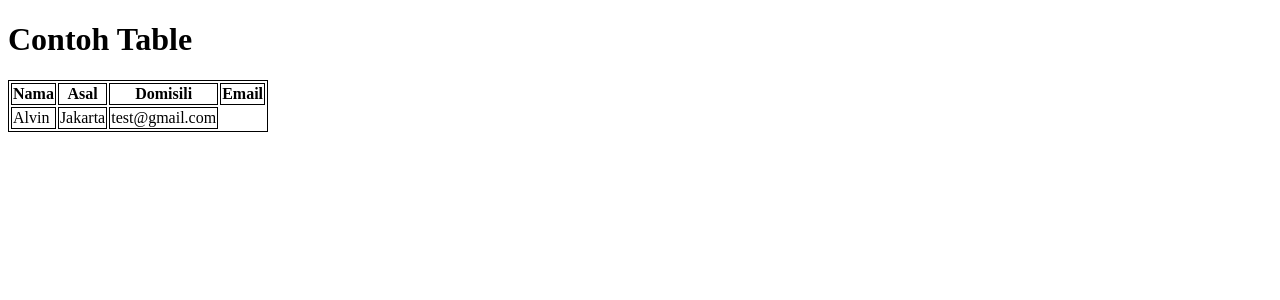
Repository: esramrsln/day2_RevoU
Page: table.html
The author's editor kept a copy of each file at every save. The page is drawn from the files as they stood at one save, then again after the next save.
The browser window is 1280 px wide. The pictures show the whole page.

Above is the page before, as saved 2024-07-23 19:42:03.

### table.html
<!DOCTYPE html>
<html>
<head>
    <meta charset="UTF-8" />
    <title>Membuat Table </title>
    <style>
        table, th, td {
            border: 1px solid black;
        }
    </style>
</head>
<body>
    <h1>Contoh Table</h1>
    <table>
        <tr>
            <th>Nama</th>
            <th>Asal</th>
            <th>Domisili</th>
            <th>Email</th>
        </tr>
        <tr>
            <td>Alvin</td>
            <td colspan:"2">Jakarta</td>
            <td>test@gmail.com</td>
        </tr>
    </table>
</body>
</html>

After the next save:
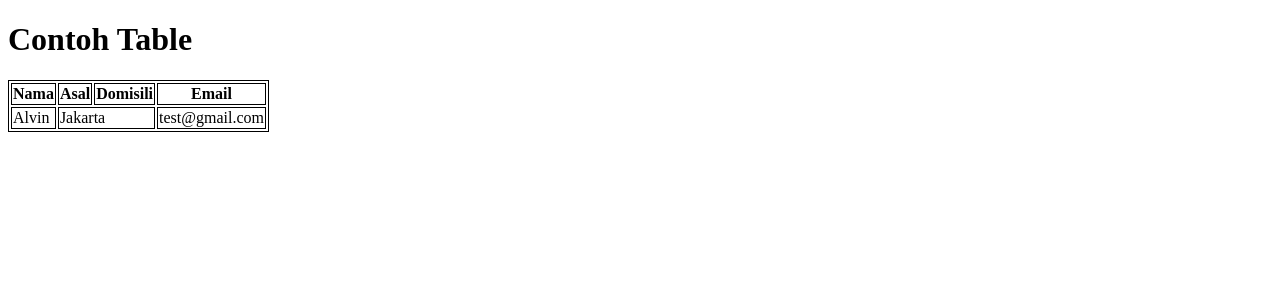
Saved 24 s later.
--- a/table.html
+++ b/table.html
@@ -20,7 +20,7 @@
         </tr>
         <tr>
             <td>Alvin</td>
-            <td colspan:"2">Jakarta</td>
+            <td colspan="2">Jakarta</td>
             <td>test@gmail.com</td>
         </tr>
     </table>
